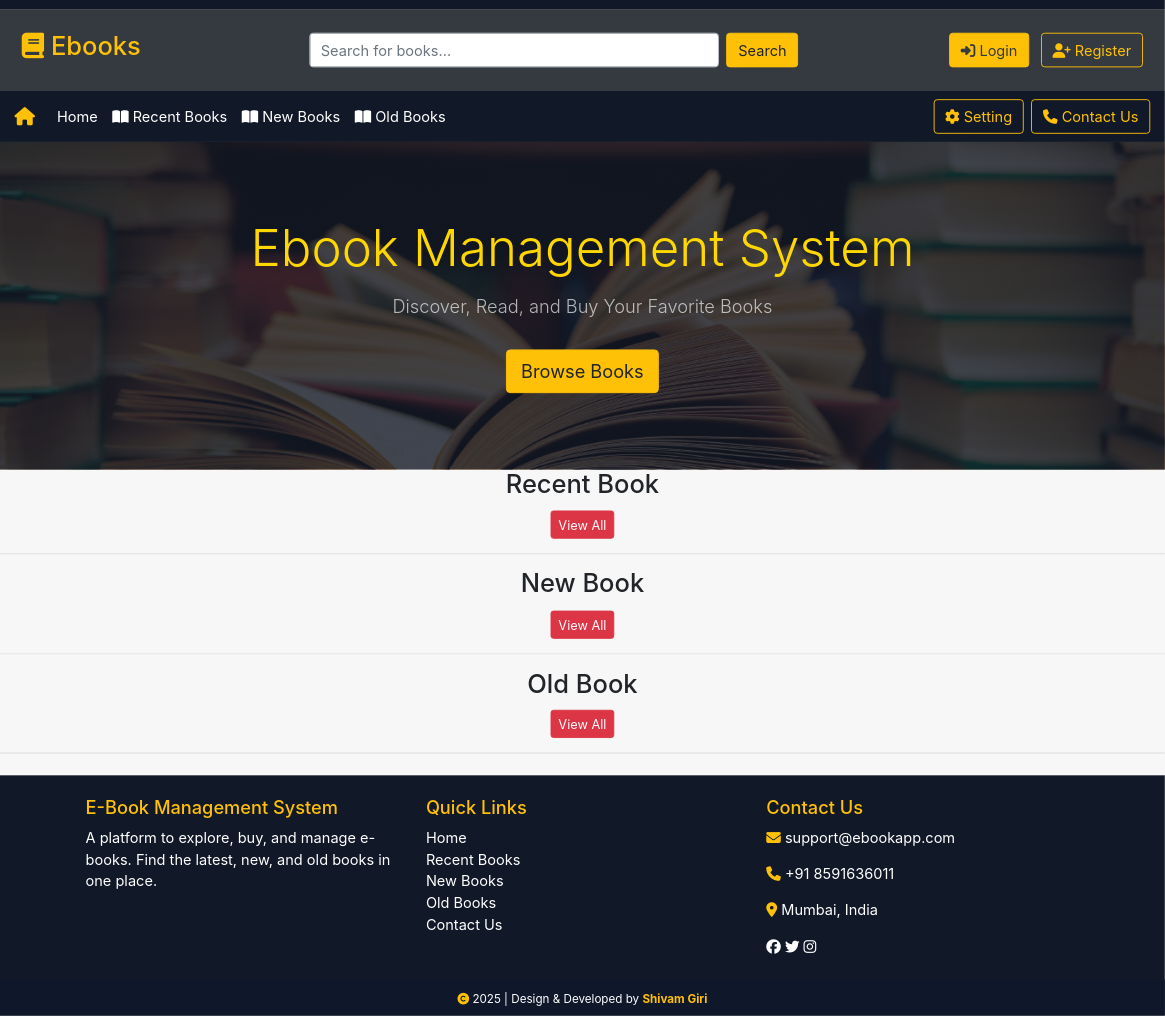
Repository: ShivammGiri29/Ebook
Page: http://localhost/Ebook-App/
These files come from the project's save history. The page is drawn as it stood at one moment and after the next save; the edit follows.
The browser window is 1280 px wide. The pictures show the whole page, at 91% of full size.
Some web libraries are served in a nearby version. The page is served by Tomcat 9. Queries for data that is not in the repository find no rows.

Above is the page before, as saved 2025-09-15 02:35:35.

After the next save:
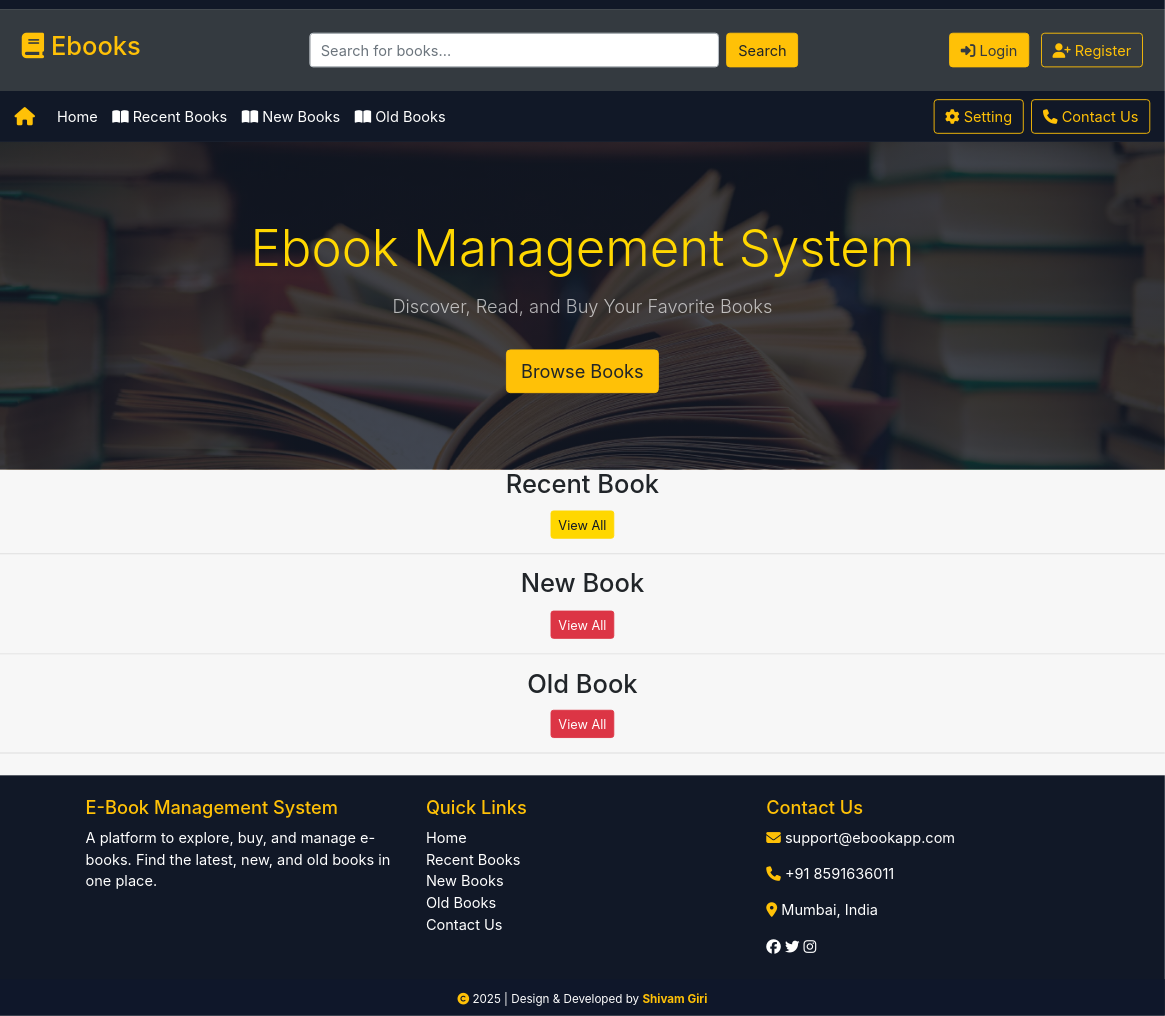
Saved 80 s later.
--- a/Ebook-App/src/main/webapp/index.jsp
+++ b/Ebook-App/src/main/webapp/index.jsp
@@ -152,8 +152,8 @@
 			%>
 		</div>
 		<div class="text-center mt-1">
-			<a href="all_recent_book.jsp"
-				class="btn btn-danger btn-sm text-white">View All</a>
+			<a href="all_recent_book.jsp" class="btn btn-premium btn-sm">View All</a>
+
 		</div>
 	</div>
 
